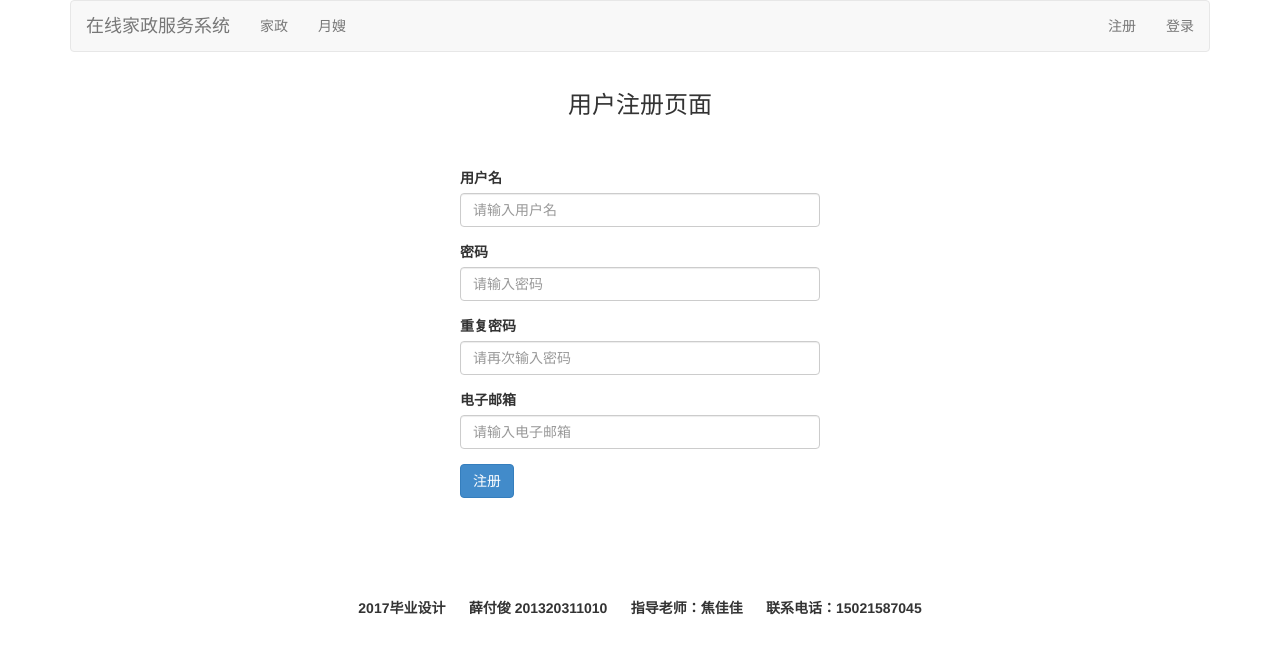
Repository: ELeonCXFJ/MyEclipseWS
Page: http://localhost/MyWeb/jsps/user/register.jsp
The author's editor kept a copy of each file at every save. The page is drawn from the files as they stood at one save, then again after the next save.
The browser window is 1280 px wide. The pictures show the whole page.
The page is served by Tomcat 9. Nobody is signed in. The application's start-up code is not run.

Above is the page before, as saved 2017-03-23 02:34:15.

After the next save:
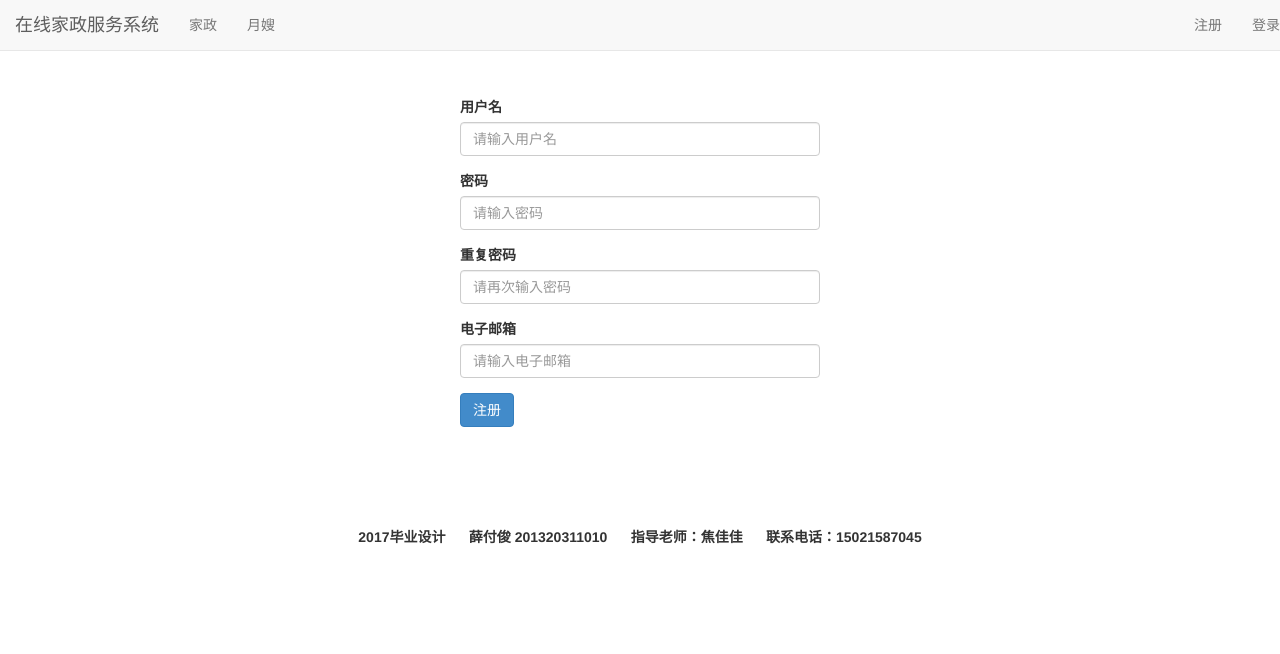
Saved 8 h 17 min later.
--- a/MyWeb/WebRoot/top.jsp
+++ b/MyWeb/WebRoot/top.jsp
@@ -12,7 +12,7 @@
 <div class="container" align="center">
 	<div class="row clearfix">
 		<div class="col-lg-12 col-md-12 col-xs-12 col-sm-12">
-			<nav class="navbar navbar-default" role="navigation">
+			<nav class="navbar navbar-default navbar-fixed-top" role="navigation">
 				<div class="navbar-header">
 					 <button type="button" class="navbar-toggle" data-toggle="collapse" data-target="#bs-example-navbar-collapse-1"> <span class="sr-only">Toggle navigation</span><span class="icon-bar"></span><span class="icon-bar"></span><span class="icon-bar"></span></button> <a class="navbar-brand" href="<c:url value='/index.jsp'/>">在线家政服务系统</a>
 				</div>
